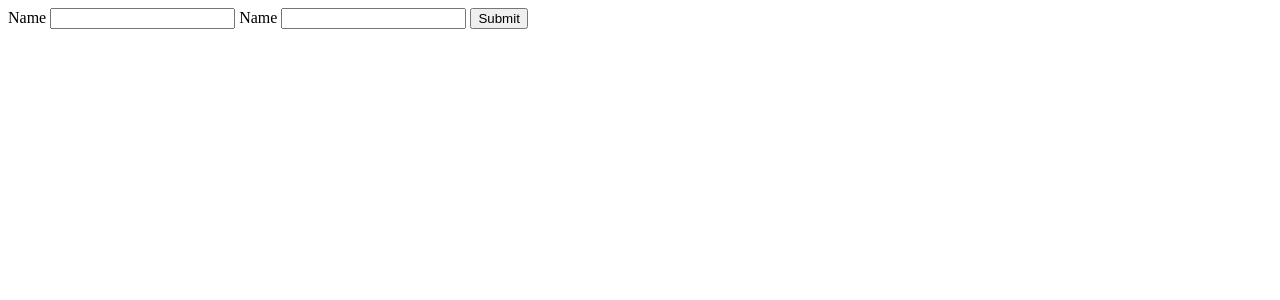
Repository: prattrv/WMDD-4920-A1
Page: index.html
The author's editor kept a record of every edit. The page is drawn from the files as they stood at one moment, then again after the next edit.
The browser window is 1280 px wide. The pictures show the whole page.

Above is the page before.

### index.html
<!DOCTYPE html>
<html lang="en">
<head>
    <meta charset="UTF-8">
    <meta name="viewport" content="width=device-width, initial-scale=1.0">
    <meta http-equiv="X-UA-Compatible" content="ie=edge">
    <title>Dogs</title>
</head>
<body>
    <form method="POST" action="/api/dogs">
        <label for="name">
            Name
            <input type="text" name="name"/>
        </label>
        <label for="desc">
            Name
            <input type="text" name="description"/>
        </label>

        <input type="submit" value="Submit"/>
    </form>
</body>
</html>

After the next edit:
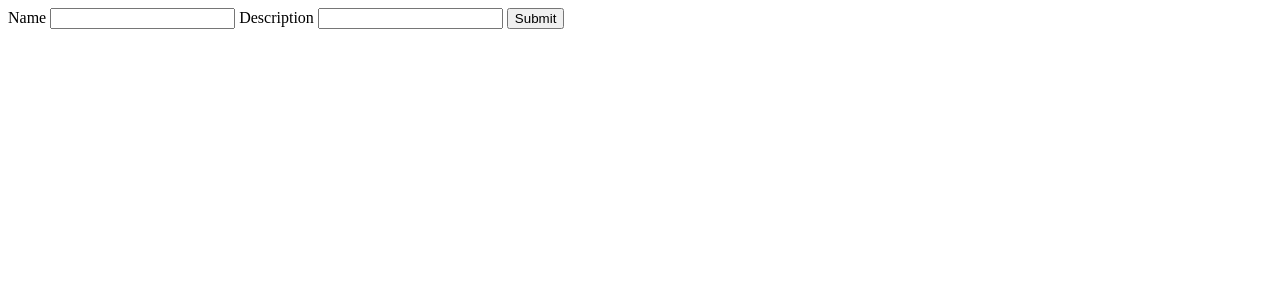
The edit:
--- a/index.html
+++ b/index.html
@@ -13,8 +13,8 @@
             <input type="text" name="name"/>
         </label>
         <label for="desc">
-            Name
-            <input type="text" name="description"/>
+            Description
+            <input type="text" name="desc"/>
         </label>
 
         <input type="submit" value="Submit"/>
